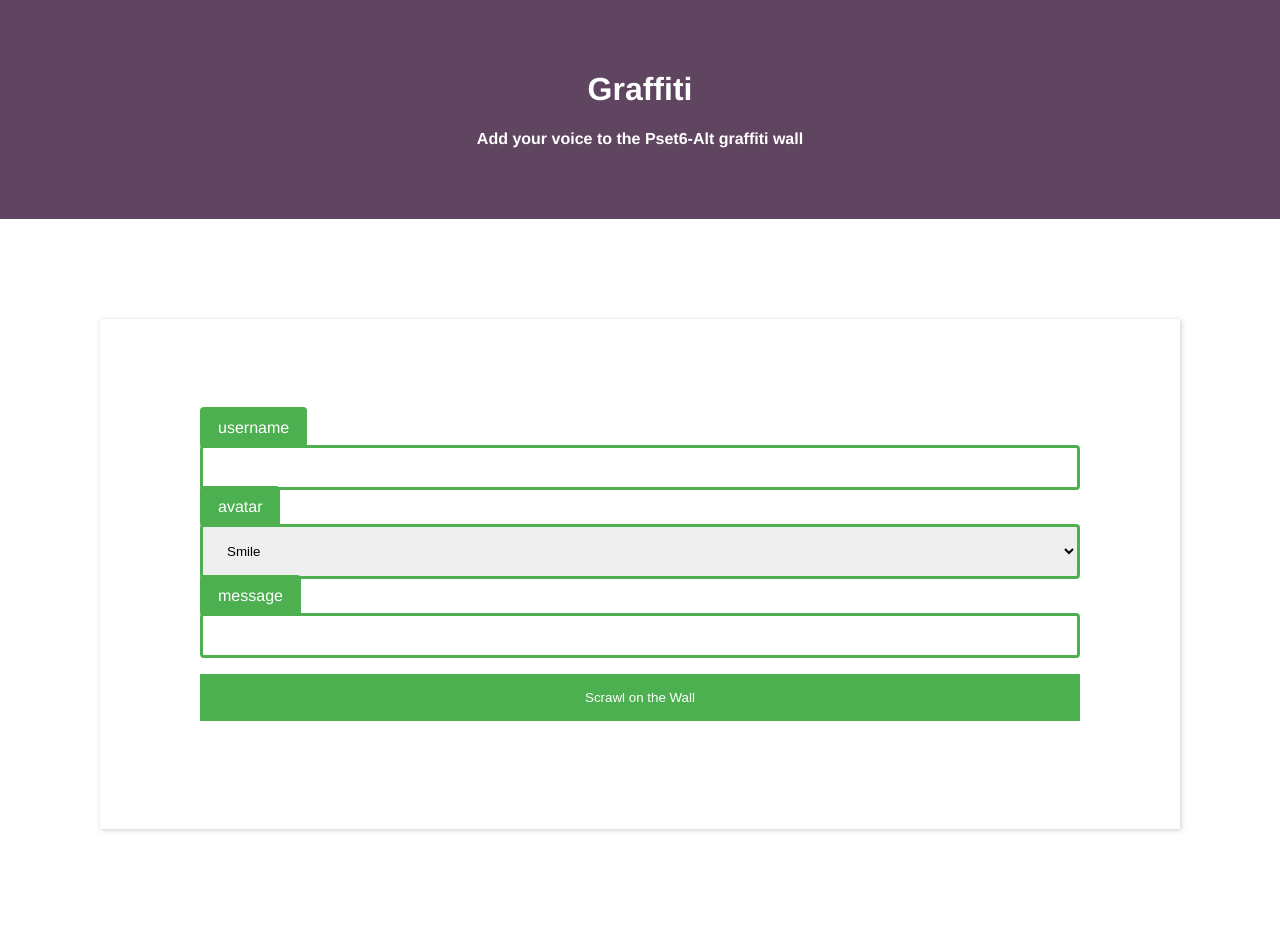
Repository: egniebauer/cs50x-LaunchCode
Page: pset-graffitiwall/graffiti.html
The author's editor kept a record of every edit. The page is drawn from the files as they stood at one moment, then again after the next edit.
The browser window is 1280 px wide. The pictures show the whole page.
Some web libraries are served in a nearby version.

Above is the page before.

### pset-graffitiwall/graffiti.html
<!DOCTYPE html>
<html>
<head>
    <title>Graffiti</title>
    <link rel="stylesheet" type="text/css" href="styles.css" />
</head>
<body>
    <div class="heading">
        <h1>Graffiti</h1>
        <h4>Add your voice to the Pset6-Alt graffiti wall</h4>
    </div>

    <div class="card">

        <!-- Don't change the id. Our JS script below is looking for "slackForm". -->
        <form id="slackForm" action="https://hooks.slack.com/services/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" method="POST">

            <!-- TODO: add the necessary fields, action, submit button, etc -->
            <label for="username">username</label><br />
            <input type="text" name="username"/><br />

            <label for="avatar">avatar</label><br />
            <select name="icon_emoji">
                <option value=":smile:">Smile</option>
                <option value=":muscle:">Muscle</option>
                <option value=":eyes:">Eyes</option>
                <option value=":baby_chick:">Baby Chick</option>
                <option value=":sushi:">Sushi</option>
                <option value=":moyai:">Moyai</option>
            </select><br />

            <label for="message">message</label><br />
            <input type="text" name="text"/><br />

            <input type="submit" value="Scrawl on the Wall">

        </form>
    </div>

    <!-- here we include some javascript: first a few libraries... -->
    <script src="https://ajax.googleapis.com/ajax/libs/jquery/1.8.3/jquery.min.js"></script>
    <script src="http://code.jquery.com/ui/1.9.2/jquery-ui.js"></script>

    <!-- ...and then our own script -->
    <script type="text/javascript">

        // first get a reference to the form
        var slackForm = document.getElementById("slackForm");

        // right before the form submits, execute the function called populatePayloadField
        slackForm.onsubmit = populatePayloadField;

        function populatePayloadField() {
            // convert form fields into a JSON string
            var formData = getFormData();
            delete formData.payload;
            jsonString = JSON.stringify(formData);

            // create a new hidden input and add it to the form
            var payloadInput = document.createElement("input");
            payloadInput.setAttribute("type", "hidden");
            payloadInput.setAttribute("name", "payload");
            payloadInput.setAttribute("value", jsonString);
            console.log(payloadInput);
            slackForm.appendChild(payloadInput);
            console.log(slackForm);
        }

        // a helper function to return a javascript object containing all the form's fields
        function getFormData() {
            var object = {};
            var fields = $("#slackForm").serializeArray();
            for (var i = 0; i < fields.length; i++) {
                var field = fields[i];
                object[field.name] = field.value;
            }
            return object;
        }
    </script>

</body>
</html>

### pset-graffitiwall/styles.css
body {
    margin: 0;
    font-size: 16px;
    font-family: helvetica;
}

.card {
    margin: 100px;
    padding: 100px;
    box-shadow: 1px 1px 5px #ccc;
}

.heading {
    padding: 50px;
    color: white;
    background: #604560;
    text-align: center;
}

input[type=text] {
    border: 3px solid #4CAF50;
    border-radius: 4px;
    width: 100%;
    padding: 12px 20px;
    margin: 8px 0;
    box-sizing: border-box;
    display: inline-block;
}

select {
    border: 3px solid #4CAF50;
    border-radius: 4px;
    width: 100%;
    padding: 16px 20px;
    margin: 8px 0;
    box-sizing: border-box;
}

input[type=submit] {
    background-color: #4CAF50;
    border: none;
    color: white;
    padding: 16px 20px;
    text-decoration: none;
    margin: 8px 0;
    cursor: pointer;
    width: 100%;
}

label {
    background-color: #4CAF50;
    border: none;
    color: white;
    padding: 12px 18px;
    border-radius: 4px;
}

After the next edit:
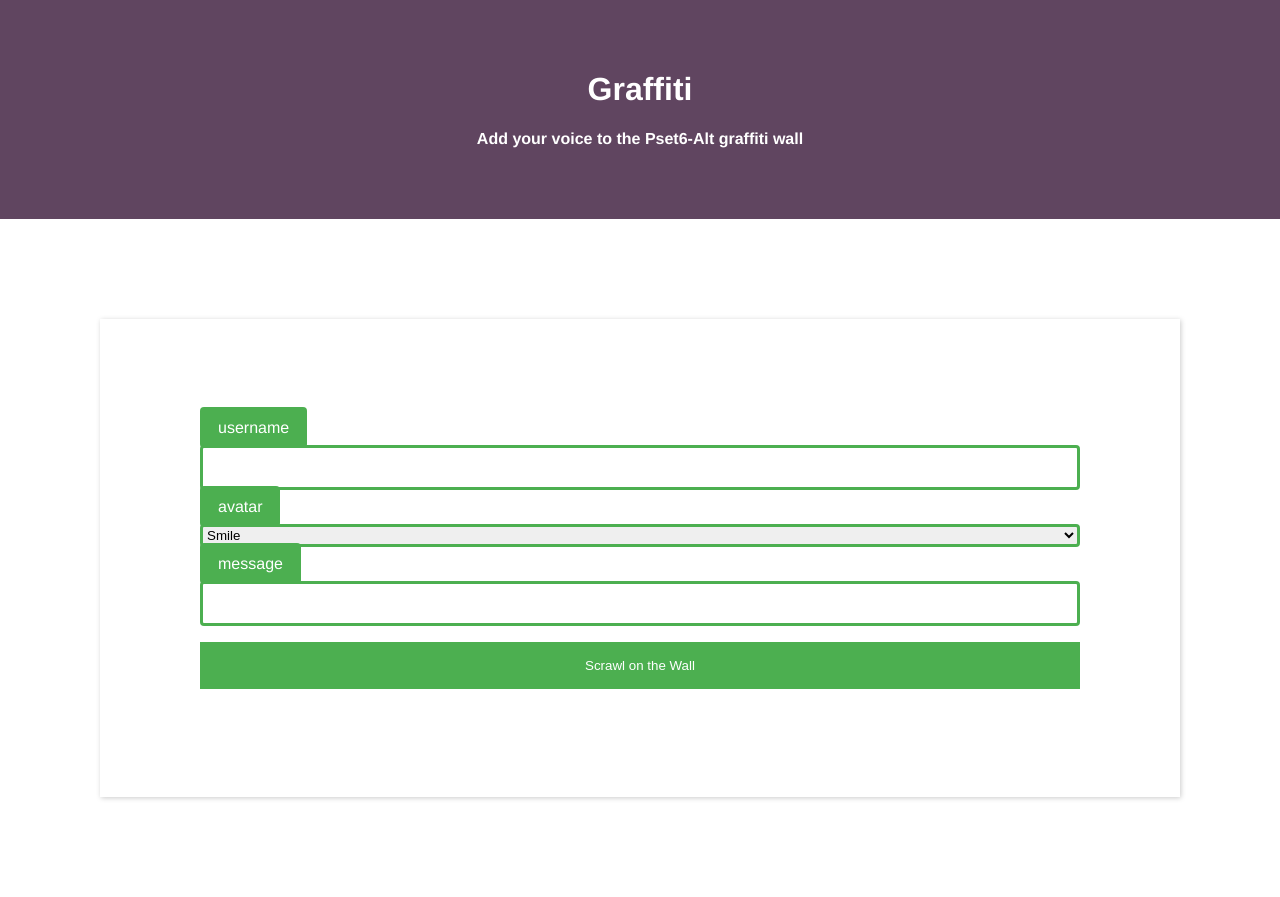
The edit:
--- a/pset-graffitiwall/styles.css
+++ b/pset-graffitiwall/styles.css
@@ -31,7 +31,7 @@
     border: 3px solid #4CAF50;
     border-radius: 4px;
     width: 100%;
-    padding: 16px 20px;
+    /*padding: 16px 20px;*/
     margin: 8px 0;
     box-sizing: border-box;
 }
